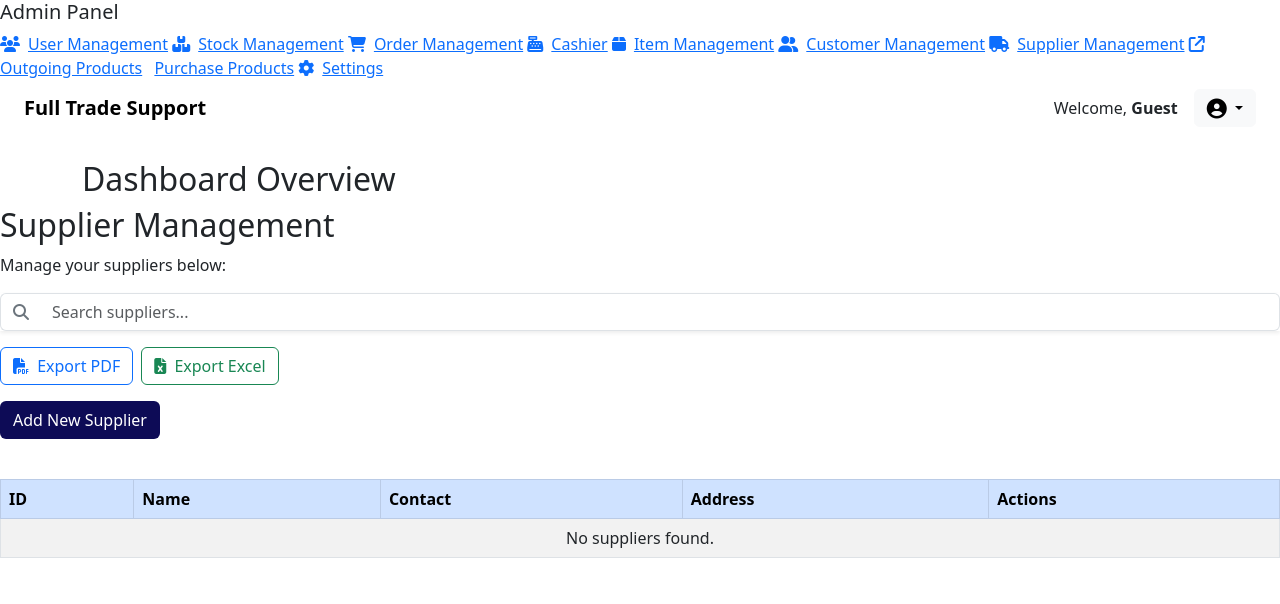
Repository: LakviduUpasara/onlineSparePartsManagementSystem
Page: http://localhost/Spare_parts_Management_Systems/supplier-list
These files come from the project's save history. The page is drawn as it stood at one moment and after the next save; the edit follows.
The browser window is 1280 px wide. The pictures show the whole page.
The page is served by Tomcat 9. Queries for data that is not in the repository find no rows.

Above is the page before, as saved 2025-05-13 19:57:22.

After the next save:
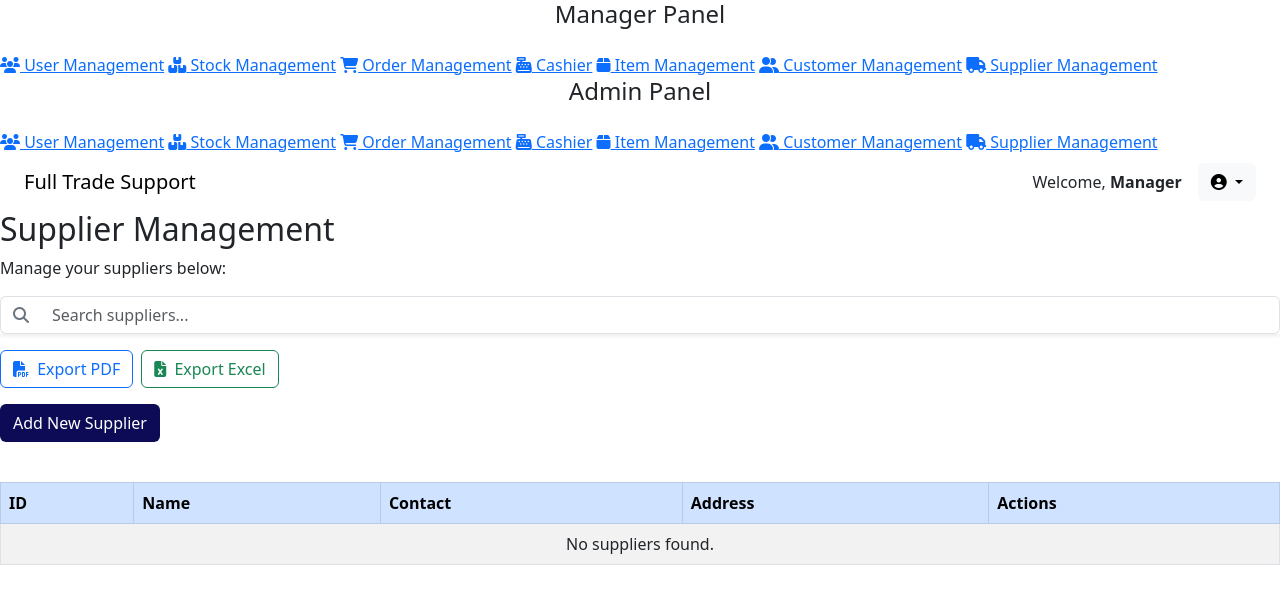
Saved 7 s later.
--- a/Project/Project/Spare_parts_Management_Systems/src/main/webapp/Maneger/maneger_dashbord.jsp
+++ b/Project/Project/Spare_parts_Management_Systems/src/main/webapp/Maneger/maneger_dashbord.jsp
@@ -1,6 +1,5 @@
 <%@ page language="java" contentType="text/html; charset=UTF-8" pageEncoding="UTF-8"%>
 <%@ page import="java.util.*, com.spareparts.model.Supplier" %>
-<%@ include file="/Nav.jsp" %>
 
 
 <!DOCTYPE html>
@@ -17,7 +16,47 @@
 </head>
 
 <body>
-
+  <!-- Sidebar -->
+  <div class="sidebar">
+    <h4 class="text-center mb-4">Manager  Panel</h4>
+    <a href="#"><i class="fas fa-users"></i> User Management</a>
+    <a href="#"><i class="fas fa-boxes"></i> Stock Management</a>
+    <a href="#"><i class="fas fa-shopping-cart"></i> Order Management</a>
+    <a href="#"><i class="fas fa-cash-register"></i> Cashier</a>
+    <a href="#"><i class="fas fa-box"></i> Item Management</a>
+    <a href="#"><i class="fas fa-user-friends"></i> Customer Management</a>
+    <a href="#"><i class="fas fa-truck"></i> Supplier Management</a>
+  </div>
+<div class="sidebar">
+    <h4 class="text-center mb-4">Admin  Panel</h4>
+    <a href=" GetAllServlet"><i class="fas fa-users"></i> User Management</a>
+    <a href="#"><i class="fas fa-boxes"></i> Stock Management</a>
+    <a href="#"><i class="fas fa-shopping-cart"></i> Order Management</a>
+    <a href="#"><i class="fas fa-cash-register"></i> Cashier</a>
+    <a href="#"><i class="fas fa-box"></i> Item Management</a>
+    <a href="#"><i class="fas fa-user-friends"></i> Customer Management</a>
+    <a href="supplier-list"><i class="fas fa-truck"></i> Supplier Management</a>
+  </div>
+
+  <!-- Main Content -->
+  <div class="main-content">
+    <nav class="navbar navbar-expand-lg navbar-light px-4">
+      <a class="navbar-brand" href="#">Full Trade Support</a>
+      <div class="ms-auto d-flex align-items-center">
+        <span class="me-3">Welcome, <strong>Manager</strong></span>
+        <div class="dropdown">
+          <a class="btn btn-light dropdown-toggle" href="#" id="userDropdown" data-bs-toggle="dropdown">
+            <i class="fas fa-user-circle"></i>
+          </a>
+          <ul class="dropdown-menu dropdown-menu-end" aria-labelledby="userDropdown">
+            <li><a class="dropdown-item" href="profile.jsp">Profile</a></li>
+            <li><a class="dropdown-item" href="#">Settings</a></li>
+            <li><hr class="dropdown-divider"></li>
+            <li><a class="dropdown-item text-danger" href="#">Logout</a></li>
+          </ul>
+        </div>
+      </div>
+    </nav>
 
 <!-- Supplier Management Section -->
 <div class="dashboard-content">
